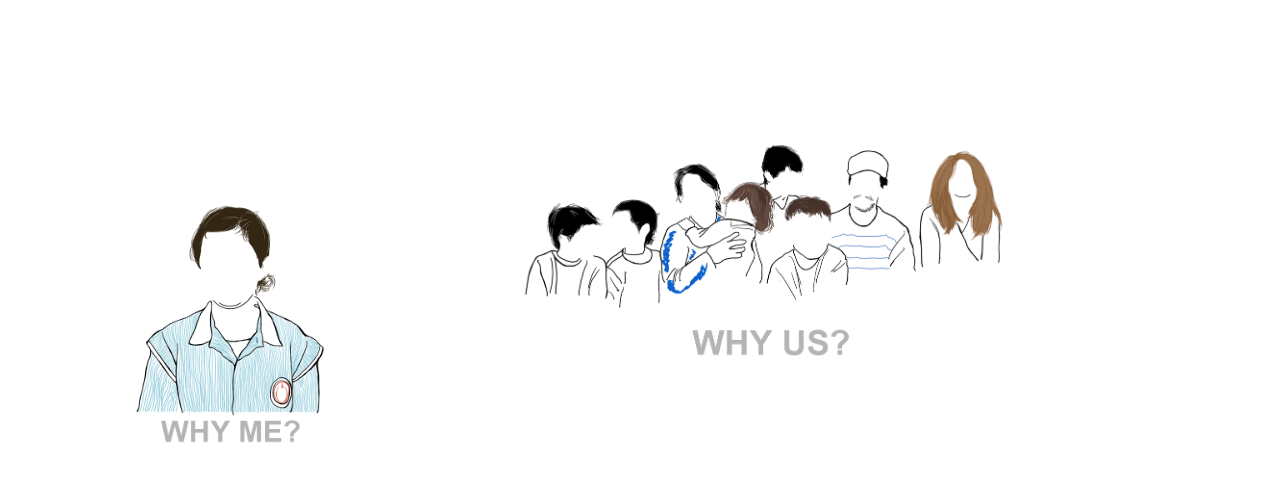
Repository: Lettie123/webpr4
Page: 04.html
These files come from the project's save history. The page is drawn as it stood at one moment and after the next save; the edit follows.
The browser window is 1280 px wide. The pictures show the whole page.

Above is the page before, as saved 2020-11-23 23:53:18.

After the next save:
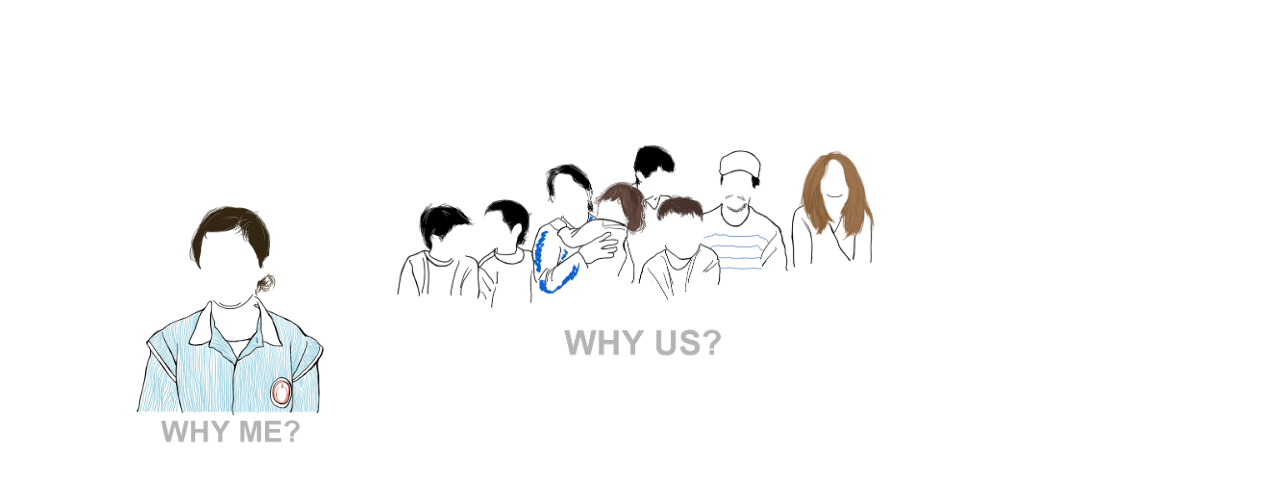
Saved 5 s later.
--- a/style05.css
+++ b/style05.css
@@ -17,7 +17,7 @@ body {
     width: 500px;
     height: 500px;
 	position: absolute;
-	left: 60%;
+	left: 50%;
 	top: 45%;
     transform: translate(-50%,-50%);
     color: #B4B4B4;
